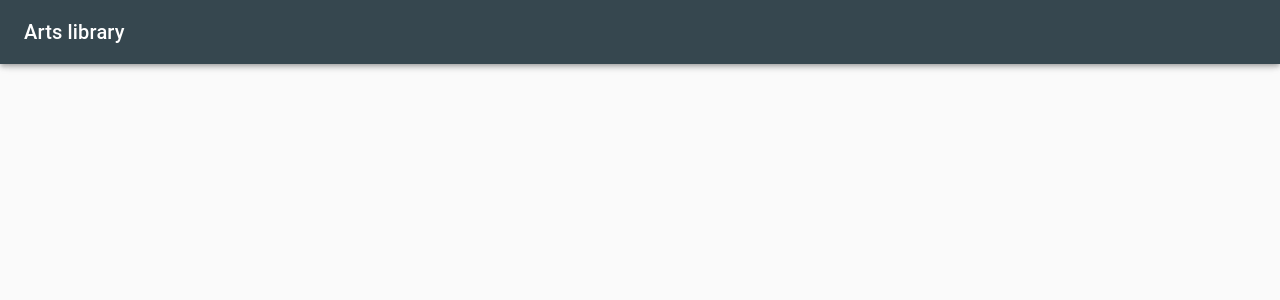
Repository: milosKomiRajkovic94/library-of-known-art
Page: /
An editor plug-in stored every save of this project. The page is shown before and after the next save, followed by the edit.
The browser window is 1280 px wide. The pictures show the whole page.
The project was rebuilt for these pictures with package versions that can differ from the ones it lists, and the page was loaded fresh each time.

Above is the page before, as saved 2020-03-05 10:43:07.

After the next save:
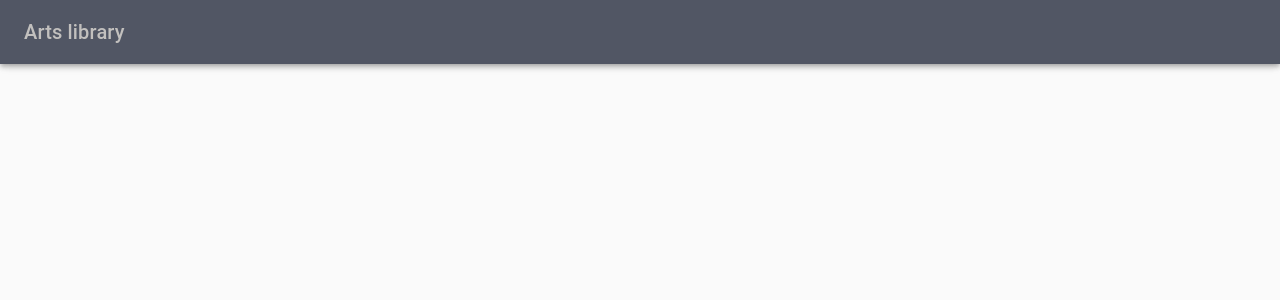
Saved 58 s later.
--- a/src/scss/_header.scss
+++ b/src/scss/_header.scss
@@ -1,4 +1,4 @@
 .MuiToolbar-root.MuiToolbar-regular.toolbar.MuiToolbar-gutters {
-    background-color: #36474F;
-    color: #FFF;
+    background-color: #515664;
+    color: #C2C0BE;
 }
